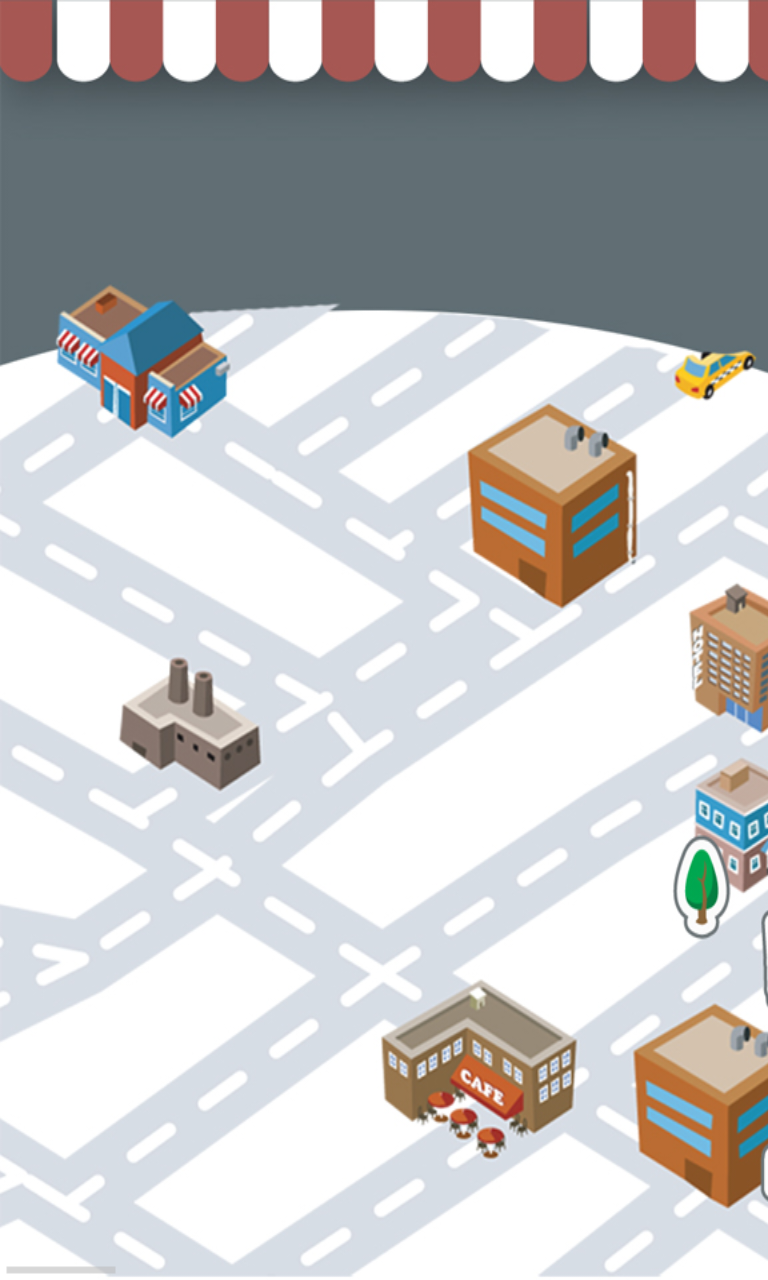
Repository: ahmeda8/playable
Layout: Playable/res/layout/activity_main.xml
These files come from the project's save history. The layout is drawn as it stood at one moment and after the next save; the edit follows.
It is drawn on a 768 x 1280 px phone screen (xhdpi) without system bars, with theme AppTheme; the app's code is not run.

Above is the layout before, as saved 2013-07-20 20:01:54.

### Playable/res/layout/activity_main.xml
<RelativeLayout xmlns:android="http://schemas.android.com/apk/res/android"
    xmlns:tools="http://schemas.android.com/tools"
    android:layout_width="match_parent"
    android:layout_height="match_parent"
    android:padding="0dp"
    tools:context=".MainActivity" >

        <HorizontalScrollView
            android:id="@+id/horizontalScrollView1"
            android:layout_width="3285dp"
            android:layout_height="match_parent"
            android:layout_margin="0dp"
            android:fillViewport="true"
            android:padding="0dp" >

            <LinearLayout
                android:layout_width="match_parent"
                android:layout_height="match_parent"
                android:orientation="horizontal"
                android:id="@+id/linearLayout1"
                >

                <ImageView
                    android:id="@+id/imageView1"
                    android:layout_width="match_parent"
                    android:layout_height="match_parent"
                    android:layout_below="@+id/linearLayout1"
                    android:layout_centerHorizontal="true"
                    android:layout_gravity="top"
                    android:layout_marginTop="0dp"
                    android:scaleType="fitXY"
                    android:src="@drawable/map" />

            </LinearLayout>
        </HorizontalScrollView>
</RelativeLayout>

Loaded but not shown: Playable/res/values/styles.xml (common file); Playable/res/values-v11/styles.xml (common file); Playable/res/values-v14/styles.xml (common file)

After the next save:
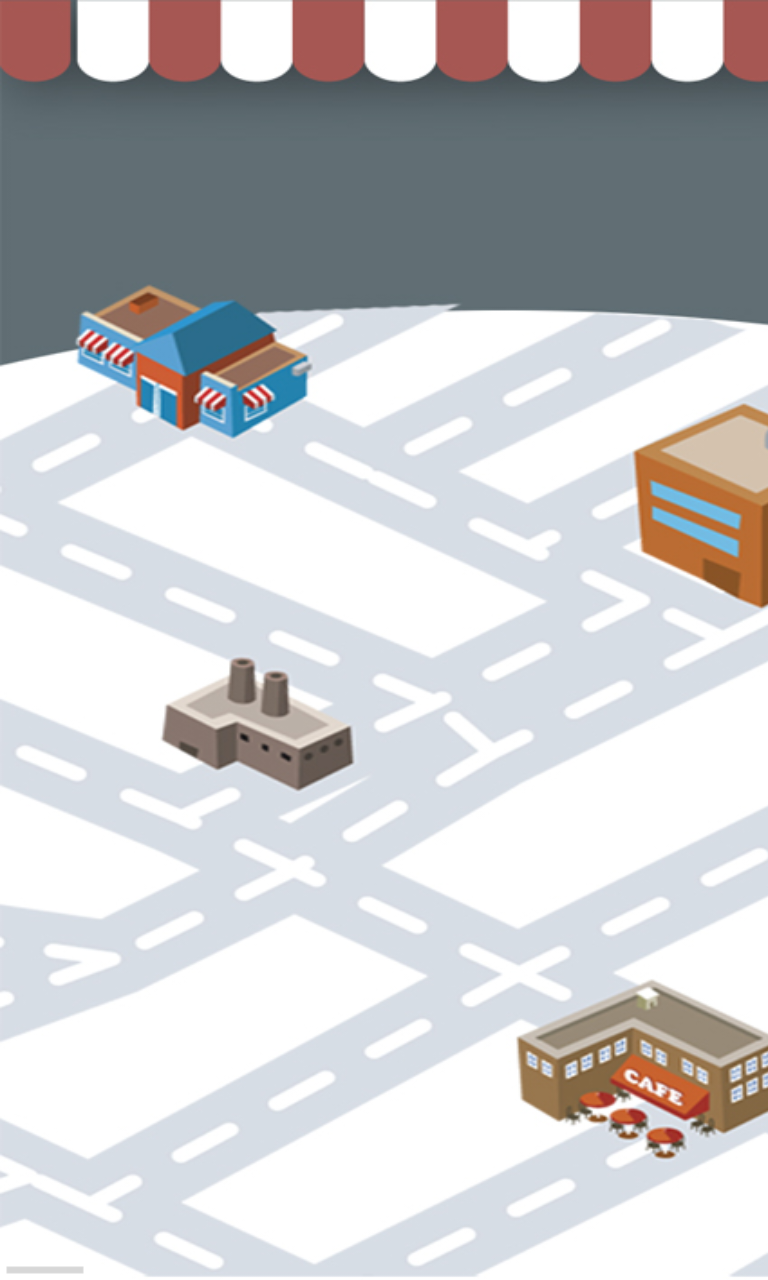
Saved 65 s later.
--- a/Playable/res/layout/activity_main.xml
+++ b/Playable/res/layout/activity_main.xml
@@ -22,7 +22,7 @@
 
                 <ImageView
                     android:id="@+id/imageView1"
-                    android:layout_width="match_parent"
+                    android:layout_width="3285dp"
                     android:layout_height="match_parent"
                     android:layout_below="@+id/linearLayout1"
                     android:layout_centerHorizontal="true"
